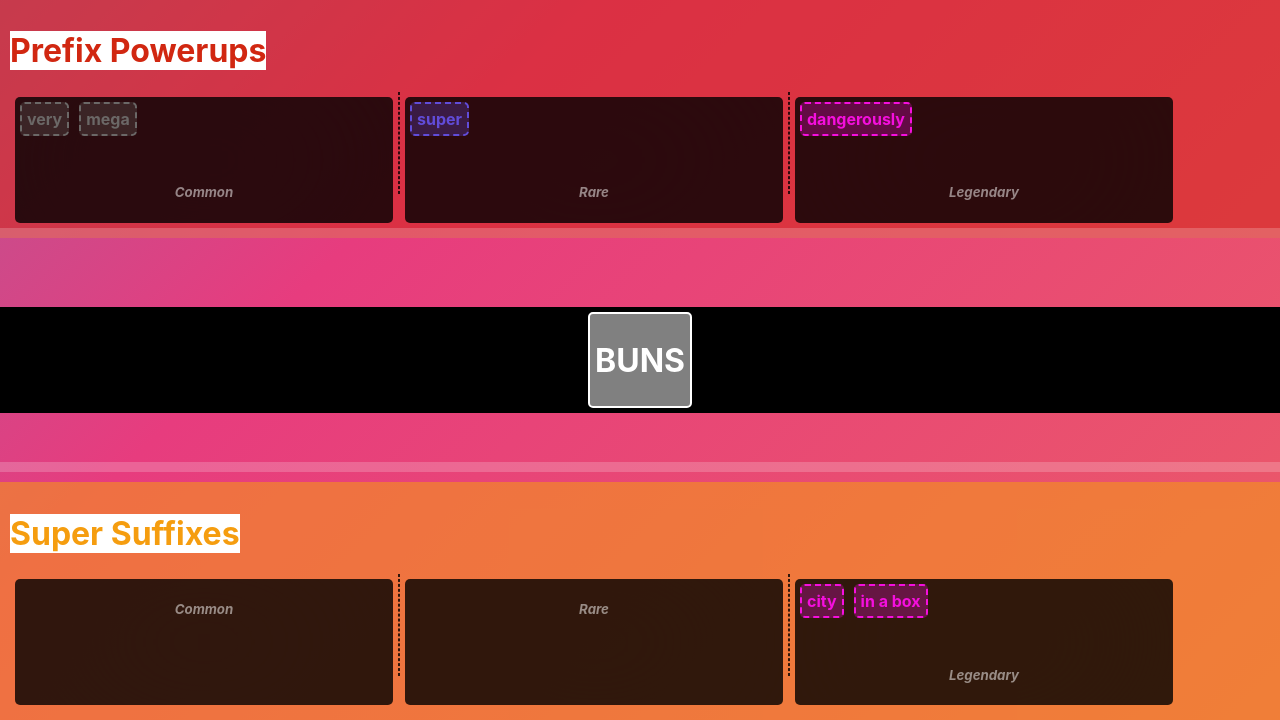
Repository: bsalgado98/buns-inator
Page: /
The author's editor kept a copy of each file at every save. The page is drawn from the files as they stood at one save, then again after a run of saves.
The browser window is 1280 px wide. The pictures show the whole page.
The project was rebuilt for these pictures with package versions that can differ from the ones it lists, and the page was loaded fresh each time.

Above is the page before, as saved 2022-04-25 23:47:58.

### src/index.css
body {
    margin: 0;
    padding: 0;
    font-family: -apple-system, BlinkMacSystemFont, 'Segoe UI', 'Roboto', 'Oxygen',
        'Ubuntu', 'Cantarell', 'Fira Sans', 'Droid Sans', 'Helvetica Neue',
        sans-serif;
    -webkit-font-smoothing: antialiased;
    -moz-osx-font-smoothing: grayscale;
    height: 100vh;
    background-attachment: fixed;
}

code {
    font-family: source-code-pro, Menlo, Monaco, Consolas, 'Courier New', monospace;
}

### src/App.js
import './App.css';
import WordBank from './components/WordBank/WordBank'
import WordBuilder from './components/WordBuilder/WordBuilder';
import { RARITY, PART_OF_SENTENCE, COLOR } from './utility/constants'

function App() {
    const wordList = {
        prefixPowerups: [
            {
                sectionTitle: RARITY.COMMON,
                words: ['very', 'mega'],
                color: COLOR.COMMON,
                partOfSentence: PART_OF_SENTENCE.PREFIX
            },
            {
                sectionTitle: RARITY.RARE,
                words: ['super'],
                color: COLOR.RARE,
                partOfSentence: PART_OF_SENTENCE.PREFIX
            },
            {
                sectionTitle: RARITY.LEGENDARY,
                words: ['dangerously'],
                color: COLOR.LEGENDARY,
                partOfSentence: PART_OF_SENTENCE.PREFIX
            }
        ],
        superSuffixes: [
            {
                sectionTitle: RARITY.COMMON,
                words: [],
                color: COLOR.COMMON,
                partOfSentence: PART_OF_SENTENCE.SUFFIX
            },
            {
                sectionTitle: RARITY.RARE,
                words: [],
                color: COLOR.RARE,
                partOfSentence: PART_OF_SENTENCE.SUFFIX
            },
            {
                sectionTitle: RARITY.LEGENDARY,
                words: ['city', 'in a box'],
                color: COLOR.LEGENDARY,
                partOfSentence: PART_OF_SENTENCE.SUFFIX
            }
        ]
    }

    return (
        <div className="App">
            <div className="word-bank">
                <WordBank bankTitle='Prefix Powerups' color={COLOR.PREFIX_POWERUPS} wordCollection={wordList.prefixPowerups} />
            </div>
            <span className="divider"></span>
            <div className="subject-card-container">
                <WordBuilder />
            </div>
            <span className="divider"></span>
            <div className="word-bank">
                <WordBank bankTitle='Super Suffixes' color={COLOR.SUPER_SUFFIXES} wordCollection={wordList.superSuffixes} />
            </div>
        </div>
    );
}

export default App;

### src/App.css
.App {
    text-align: center;
    height: 100vh;
    display: flex;
    flex-direction: column;
    background: linear-gradient(-45deg, #ee7752, #e73c7e, #23a6d5, #23d5ab);
	background-size: 400% 400%;
	animation: gradient 15s ease infinite;
    background-attachment: fixed;
}

.word-bank {
}

.subject-card-container {
    flex-grow: 3;
    display: flex;
    align-items: center;
    justify-content: center;
}

@keyframes gradient {
	0% {
		background-position: 0% 50%;
	}
	50% {
		background-position: 100% 50%;
	}
	100% {
		background-position: 0% 50%;
	}
}

.divider {
    width: 100vw;
    height: 10px;
    background: rgba(255, 255, 255, 0.2);
    position: relative;
    top: -10px;
}

/* .divider::after {
    background: rgba(255, 255, 255, 0.2);
    backdrop-filter: blur(5px);
    position: relative;
    top: -50%;
} */

### src/components/WordBank/WordBank.js
import createWordSection from "../../utility/wordSection"

const WordBank = ({ bankTitle = "N/A", color = "#000000", wordCollection = [] }) => {
    const styles = {
        container: {
            style: {
                backgroundColor: `${color}88`,
                display: 'flex',
                flexDirection: 'column',
                padding: '10px'
            }
        },
        title: {
            style: {
                color: color,
                backgroundColor: 'white'
            },
            container: {
                style: {
                    display: 'flex',
                    width: '100%'
                }
            }
        },
        collectionArea: {
            style: {
                display: 'flex'
            },
            section: {
                style: {
                    display: 'flex',
                    flexDirection: 'column',
                    width: '30%',
                    backgroundColor: 'rgba(0, 0, 0, 0.8)',
                    backdropFilter: 'blur(100px)',
                    margin: '5px',
                    borderRadius: '5px'
                },
                wordArea: {
                    style: {
                        display: 'flex'
                    }
                },
                title: {
                    style: {
                        opacity: '0.5',
                        fontStyle: 'italic',
                        color: 'white'
                    }
                }
            }
        },
        divider: {
            style: {
                height: '100px',
                width: '0px',
                border: '1px dashed black',
                opacity: '0.8'
            }
        }
    }
    return (
        <div style={styles.container.style}>
            <div style={styles.title.container.style}>
                <h1 style={styles.title.style}>{bankTitle}</h1>
            </div>
            <div style={styles.collectionArea.style}>
                {wordCollection.map((section, i) => {
                    return (
                        <>
                            {i !== 0 ? <span style={styles.divider.style}></span> : null}
                            <div key={`section-${i}`} style={styles.collectionArea.section.style} className="section">
                                <div style={styles.collectionArea.section.wordArea.style}>
                                    {createWordSection(section.words, section.color, section.partOfSentence)}
                                </div>
                                <h5 style={styles.collectionArea.section.title.style}>{section.sectionTitle}</h5>
                            </div>
                        </>
                    )
                })}
            </div>
        </div>
    )
}

export default WordBank

### src/components/WordBuilder/WordBuilder.js
import SubjectCard from "../SubjectCard/SubjectCard"

const WordBuilder = () => {
    const styles = {
        container: {
            style: {
                display: 'flex',
                background: 'black',
                width: '100%',
                justifyContent: 'center'
            }
        }
    }
    return (
        <div style={styles.container.style}>
            <SubjectCard text="BUNS" />
        </div>
    )
}

export default WordBuilder

### src/utility/constants.js
export const RARITY = {
    COMMON: 'Common',
    RARE: 'Rare',
    LEGENDARY: 'Legendary'
}

export const PART_OF_SENTENCE = {
    PREFIX: 'prefix',
    SUFFIX: 'suffix'
}

export const COLOR = {
    COMMON: "#6b6867",
    RARE: "#614cd9",
    LEGENDARY: "#f50fde",
    PREFIX_POWERUPS: "#d12711",
    SUPER_SUFFIXES: "#f59d0f"
}

### src/utility/wordSection.js
import WordCard from "../components/WordCard/WordCard";

function createWordSection(words, wordColor, partOfSentence) {
    return words.map((word, i) => <WordCard key={`word-${i}`} text={word} color={wordColor} />)
}

export default createWordSection

### src/components/SubjectCard/SubjectCard.js
const SubjectCard = ({ text }) => {
    const styles = {
        container: {
            style: {
                background: 'rgba(255, 255, 255, 0.5)',
                display: 'flex',
                border: '2px solid white',
                margin: '5px',
                padding: '5px',
                borderRadius: '5px',
                height: '30%',
                alignItems: 'center'
            }
        },
        text: {
            style: {
                color: "white"
            }
        }
    }
    return (
        <div style={styles.container.style}>
            <h1 style={styles.text.style}>{text}</h1>
        </div>
    )
}

export default SubjectCard

### src/components/WordCard/WordCard.js
const WordCard = ({ text = "N/A", color = "#000000", partOfSentence }) => {
    const styles = {
        container: {
            style: {
                background: `${color}44`,
                display: 'flex',
                border: `2px dashed ${color}`,
                margin: '5px',
                padding: '5px',
                borderRadius: '5px',
                height: '30%',
                alignItems: 'center'
            }
        },
        text: {
            style: {
                color: color,
                fontSize: '16px'
            }
        }
    }
    return (
        <div style={styles.container.style}>
            <h1 style={styles.text.style}>{text}</h1>
        </div>
    )
}

export default WordCard

Loaded but not shown: public/index.html (common file); src/index.js (common file); src/reportWebVitals.js (common file)

After the next 2 saves:
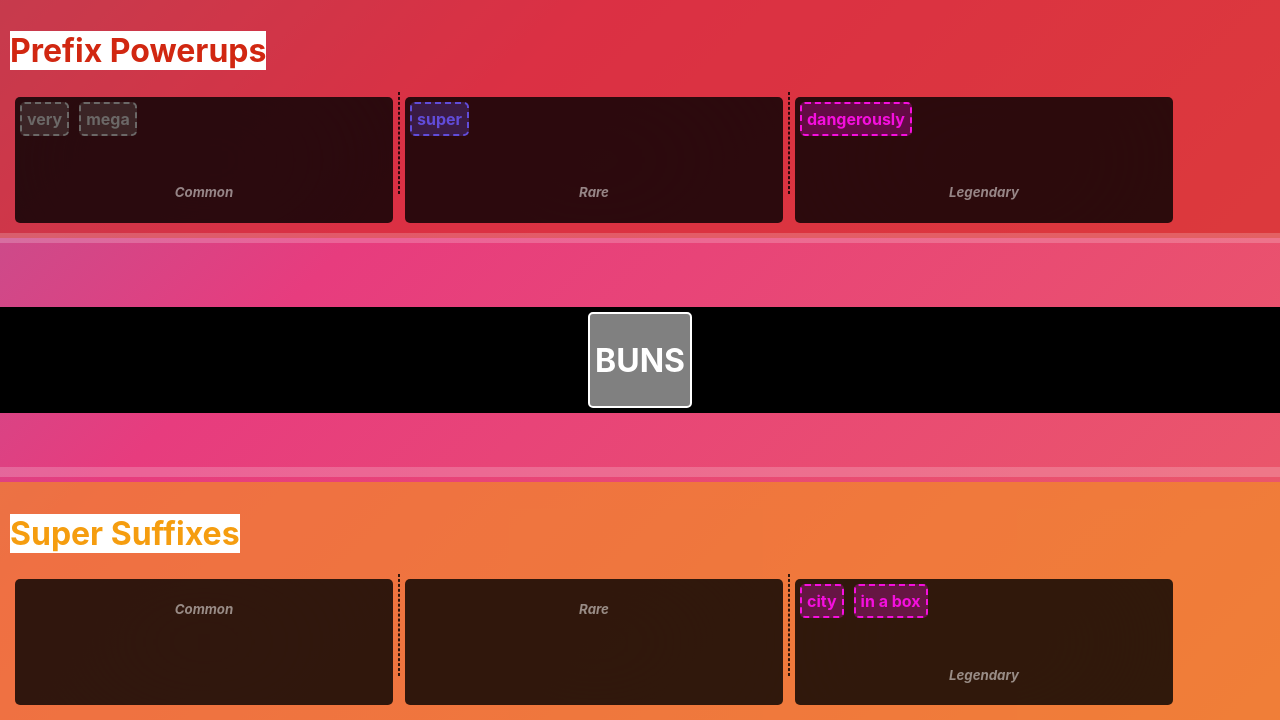
The 2 saves are shown as one change because they came seconds apart.
The last was saved 13 s later.
--- a/src/App.css
+++ b/src/App.css
@@ -36,7 +36,7 @@
     height: 10px;
     background: rgba(255, 255, 255, 0.2);
     position: relative;
-    top: -10px;
+    top: -5px;
 }
 
 /* .divider::after {
